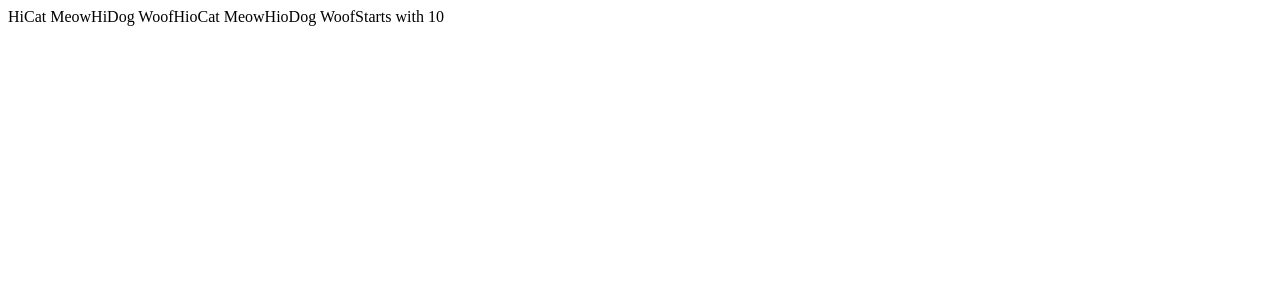
Repository: raghav3003/Simplilearn_phase4
Page: Javascript_phase_4_programs/public/start_call_bind.html
These files come from the project's save history. The page is drawn as it stood at one moment and after the next save; the edit follows.
The browser window is 1280 px wide. The pictures show the whole page.

Above is the page before, as saved 2021-06-30 09:50:06.

After the next save:
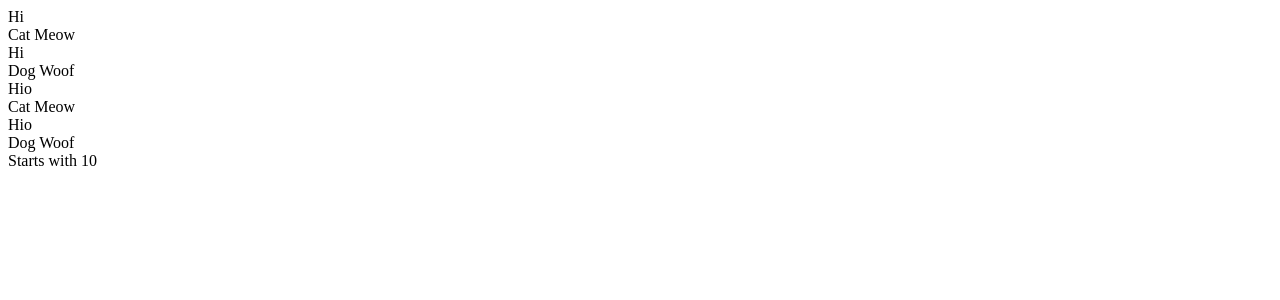
Saved 40 s later.
--- a/Javascript_phase_4_programs/public/start_call_bind.html
+++ b/Javascript_phase_4_programs/public/start_call_bind.html
@@ -11,8 +11,8 @@
 	let dog = {type:'Dog',sound:'Woof'}
 
 	let say = function (greeting){
-		document.write(greeting)
-		document.write(this.type+" "+this.sound)
+		document.write(greeting + "<br>")
+		document.write(this.type+" "+this.sound + "<br>")
 	}
 
 	say.apply(cat,['Hi'])
@@ -27,7 +27,7 @@
 	let car = {
 		speed : 5,
 		start : function(){
-			document.write("Starts with "+this.speed);
+			document.write("Starts with "+this.speed + "<br>");
 		}
 	};
 
@@ -35,7 +35,7 @@
 	let aircraft = {
 		speed : 10,
 		fly : function(){
-			document.write("Flying");
+			document.write("Flying" + "<br>");
 		}
 	};
 
